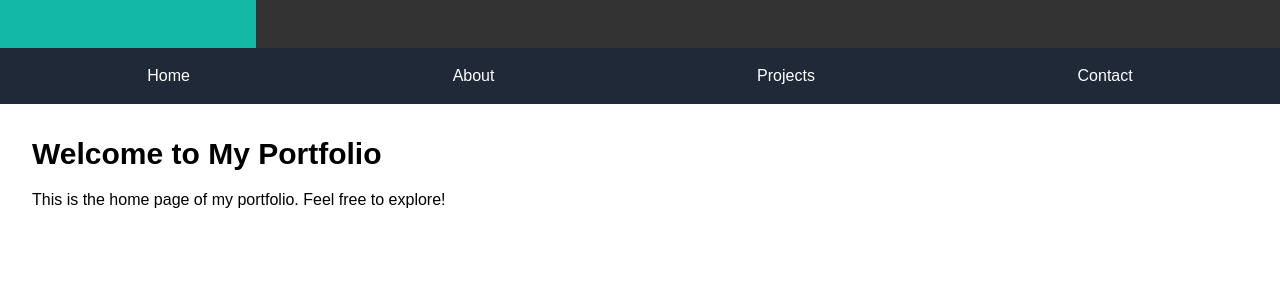
Repository: feyroozecode/feyroozecode.github.io
Page: index.html
These files come from the project's save history. The page is drawn as it stood at one moment and after the next save; the edit follows.
The browser window is 1280 px wide. The pictures show the whole page.
Some web libraries are served in a nearby version.

Above is the page before, as saved 2023-11-30 21:27:24.

### index.html
<!DOCTYPE html>
<html lang="en">
<head>
  <meta charset="UTF-8">
  <meta name="viewport" content="width=device-width, initial-scale=1.0">
  <title>Portfolio SPA</title>
  <link rel="stylesheet" href="https://cdn.jsdelivr.net/npm/tailwindcss@2.2.19/dist/tailwind.min.css">
  <style>
    body {
      font-family: 'Arial', sans-serif;
      margin: 0;
      padding: 0;
    }

    header {
      background-color: #333;
    }

    nav {
      display: flex;
      justify-content: space-around;
      padding: 1rem;
    }

    nav a {
      color: white;
      text-decoration: none;
    }

    main {
      padding: 2rem;
    }
  </style>
     <script src="https://cdn.tailwindcss.com"></script>
</head>
</head>
<body>

    <!-- sidebar-->
<header class="text-white">
    <aside class="bg-teal-500 w-64 p-6"></aside>
    <nav class="bg-gray-800">
        <a href="#" onclick="navigateTo('home')">Home</a>
        <a href="#" onclick="navigateTo('about')">About</a>
        <a href="#" onclick="navigateTo('projects')">Projects</a>
        <a href="#" onclick="navigateTo('contact')">Contact</a>
    </nav>
</header>

<main id="app">
  <!-- Content will be dynamically updated here -->
</main>

<script>
  function navigateTo(page) {
    switch (page) {
      case 'home':
        renderHome();
        break;
      case 'about':
        renderAbout();
        break;
      case 'projects':
        renderProjects();
        break;
      case 'contact':
        renderContact();
        break;
      default:
        renderHome();
    }
  }

  function renderHome() {
    document.getElementById('app').innerHTML = `
      <h2 class="text-3xl font-bold mb-4">Welcome to My Portfolio</h2>
      <p>This is the home page of my portfolio. Feel free to explore!</p>
    `;
  }

  function renderAbout() {
    document.getElementById('app').innerHTML = `
      <h2 class="text-3xl font-bold mb-4">About Me</h2>
      <p>This is the about me section of my portfolio. Learn more about who I am and my skills.</p>
    `;
  }

  function renderProjects() {
    document.getElementById('app').innerHTML = `
      <h2 class="text-3xl font-bold mb-4">My Projects</h2>
      <p>Explore the projects I have worked on in this section.</p>
    `;
  }

  function renderContact() {
    document.getElementById('app').innerHTML = `
      <h2 class="text-3xl font-bold mb-4">Contact Me</h2>
      <p>Feel free to contact me through the provided information.</p>
    `;
  }

  // Initial load
  navigateTo('home');
</script>

</body>
</html>

After the next save:
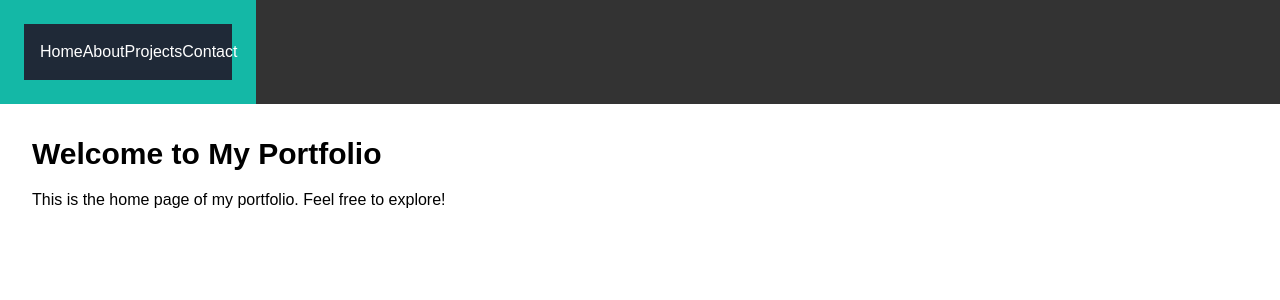
Saved 7 s later.
--- a/index.html
+++ b/index.html
@@ -38,7 +38,7 @@
 
     <!-- sidebar-->
 <header class="text-white">
-    <aside class="bg-teal-500 w-64 p-6"></aside>
+    <aside class="bg-teal-500 w-64 p-6">
     <nav class="bg-gray-800">
         <a href="#" onclick="navigateTo('home')">Home</a>
         <a href="#" onclick="navigateTo('about')">About</a>
